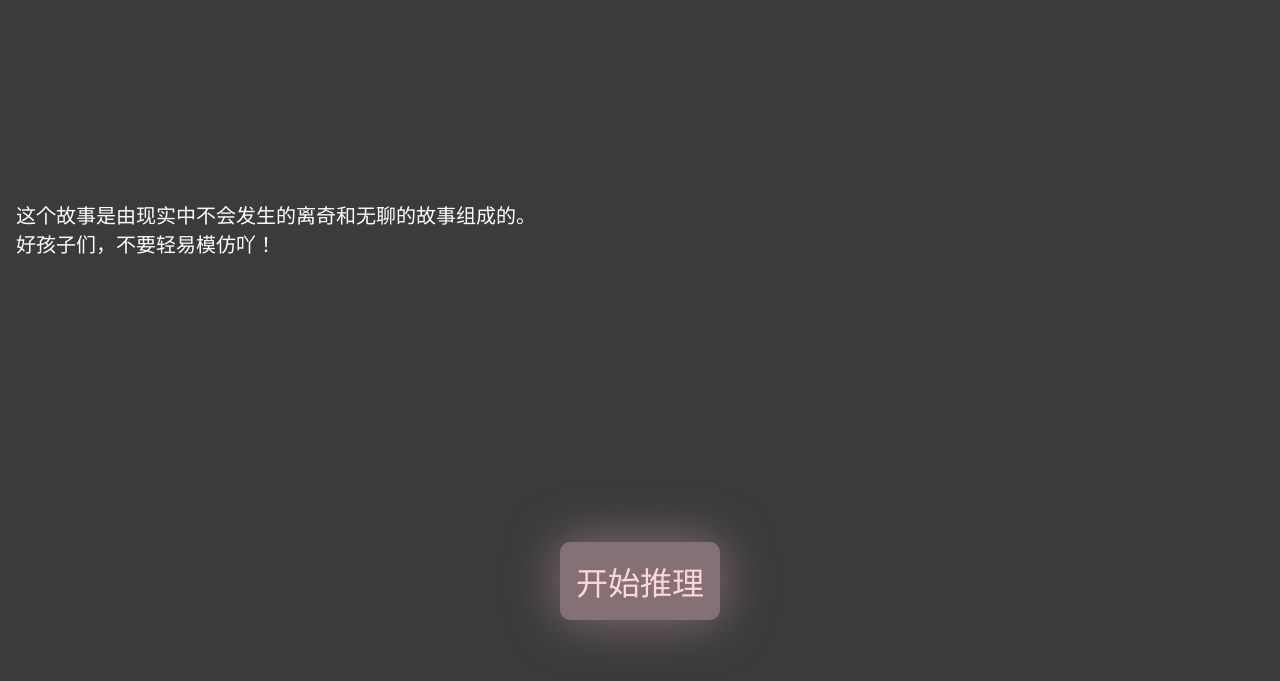
Repository: Jofali/reasoning-genius
Page: /
The author's editor kept a copy of each file at every save. The page is drawn from the files as they stood at one save, then again after the next save.
The browser window is 1280 px wide. The pictures show the whole page.
The project was rebuilt for these pictures with package versions that can differ from the ones it lists, and the page was loaded fresh each time. Also part of the build but not shown: src/part1/part1.css, src/part1/part1.js, src/part2/part2.css, src/part2/part2.js, src/title/title.css, src/title/title.js, src/inventory/inventory.css, src/inventory/inventory.js and 2 more.

Above is the page before, as saved 2019-05-23 16:03:37.

### public/index.html
<!DOCTYPE html>
<html lang="en">
  <head>
    <meta charset="utf-8" />
    <link rel="shortcut icon" href="%PUBLIC_URL%/favicon.ico" />
    <meta name="viewport" content="width=device-width, initial-scale=1" />
    <meta name="theme-color" content="#000000" />
    <!--
      manifest.json provides metadata used when your web app is installed on a
      user's mobile device or desktop. See https://developers.google.com/web/fundamentals/web-app-manifest/
    -->
    <link rel="manifest" href="%PUBLIC_URL%/manifest.json" />
    <!--
      Notice the use of %PUBLIC_URL% in the tags above.
      It will be replaced with the URL of the `public` folder during the build.
      Only files inside the `public` folder can be referenced from the HTML.

      Unlike "/favicon.ico" or "favicon.ico", "%PUBLIC_URL%/favicon.ico" will
      work correctly both with client-side routing and a non-root public URL.
      Learn how to configure a non-root public URL by running `npm run build`.
    -->
    <title>Reasoning Genius</title>
  </head>
  <body>
    <noscript>You need to enable JavaScript to run this app.</noscript>
    <div id="root"></div>
    <!--
      This HTML file is a template.
      If you open it directly in the browser, you will see an empty page.

      You can add webfonts, meta tags, or analytics to this file.
      The build step will place the bundled scripts into the <body> tag.

      To begin the development, run `npm start` or `yarn start`.
      To create a production bundle, use `npm run build` or `yarn build`.
    -->
  </body>
</html>

### src/index.css
body {
  margin: 0;
  font-family: -apple-system, BlinkMacSystemFont, "Segoe UI", "Roboto", "Oxygen",
    "Ubuntu", "Cantarell", "Fira Sans", "Droid Sans", "Helvetica Neue",
    sans-serif;
  -webkit-font-smoothing: antialiased;
  -moz-osx-font-smoothing: grayscale;
}

code {
  font-family: source-code-pro, Menlo, Monaco, Consolas, "Courier New",
    monospace;
}

#root {
  height: 100%;
}

*{
  padding: 0;
  margin: 0;
}

html,body {
  height: 100%;
}

.sw-enter {
  opacity: 0;
}
.sw-enter-active {
  opacity: 1;
  transform: translateX(0);
  transition: opacity 300ms, transform 300ms;
}
.sw-exit {
  opacity: 1;
}
.sw-exit-active {
  opacity: 0;
  transition: opacity 300ms, transform 300ms;
}

### src/App.js
import React, { Component } from 'react';
import { CSSTransition } from 'react-transition-group';

import Partwrap from './partwrap/partwrap';
import Begin from './begin/begin';

import './App.css';

class App extends Component {
  constructor(props) {
    super(props);
    this.state = {
      content: <Begin />,
      maxPartNum: 1,
      showPart: true,
      btnClass: "btn-game btn-game-begin-status",
      btnContent: "开始推理"
    };
    this.stepTo = this.stepTo.bind(this);
  }

  partNum = 0;
  timer = null;
  stepTo() {
    if(this.partNum === this.state.maxPartNum) {
      this.partNum = 0;
    } else {
      this.partNum += 1;
    }

    this.setshow(false);
    if(this.timer !== null) {
      clearTimeout(this.timer);
    }
    this.timer = setTimeout( () => {
      switch(this.partNum)
      {
        case 0:
          this.setState({ content: <Begin />, btnClass: "btn-game btn-game-begin-status", btnContent: "开始推理" })
          break;
        case 1:
          this.setState({ content: <Partwrap />, btnClass: "btn-game btn-game-end-status", btnContent: "退出" })
          break;
        default:
          this.setState({ content: <Begin />, btnClass: "btn-game btn-game-begin-status", btnContent: "开始推理" })
      }
      this.setshow(true);
    }, 300);

  }

  setshow(bool) {
    this.setState({ showPart: bool })
  }

  componentDidMount() {

  }

  render() {
    return (
        <div className="App">
          <CSSTransition
              in={this.state.showPart}
              timeout={300}
              classNames="sw"
              unmountOnExit
            >
              <div className="App-wrap">
              { this.state.content }
              <button className={this.state.btnClass} onClick={this.stepTo}>{this.state.btnContent}</button>
              </div>
          </CSSTransition>

        </div>
    );
  }
}

export default App;

### src/begin/begin.js
import React from 'react';

import './begin.css';
import play from '../play';
function Title() {
  return (
      <div className="begin">
        <div className="begin-content-wrap">
          <p>{ play.begin[0] }</p>
          <p>{ play.begin[1] }</p>
        </div>
      </div>
  );
}

export default Title;

### src/App.css
.App {
  width: 100%;
  height: 100%;
  background: rgb(253,214,222);
  position: relative;
}

.App-wrap {
  width: 100%;
  height: 100%;
}

.btn-game-begin-status {
  bottom: 100px;
  left: 50%;
  background: rgb(133, 113, 117);
  padding: 1rem;
  font-size: 2rem;
  transform: translateX(-50%);
  color: rgb(253,214,222);
  border-radius: 10px;
  box-shadow: 0px 0px 50px rgb(133, 113, 117);
}

.btn-game-end-status {
  top: 10px;
  right: 5px;
  background: rgb(133, 113, 117);
  padding: .4rem;
  font-size: .75rem;
  transform: translateX(-50%);
  color: rgb(253,214,222);
  border-radius: 10px;
  box-shadow: 0px 0px 50px rgb(133, 113, 117);
}

.btn-game {
  position:absolute;
  border: none;
  outline: 0ch;
  z-index: 11;
}

.btn-game:focus{
  border: none;
}

### src/begin/begin.css
.begin {
  width: 100%;
  height: 100%;
  background: rgb(59, 59, 59);
  color: #fff;
}

.begin-content-wrap {
  width: 100%;
  box-sizing: border-box;
  height: 200px;
  position: relative;
  top: 200px;
  padding: 0 1rem;
  font-size: 1.25rem;
}

### src/play.js
const play = {
  "begin": ["这个故事是由现实中不会发生的离奇和无聊的故事组成的。", "好孩子们，不要轻易模仿吖！"],
  "part1": {
    "one": ["侦探: 这就是案发现场吗?",
          "侦探: 被害人丢了什么吗？",
          "助理: 丢了几个值钱物品，还有内裤",
          "侦探: 原来如此。。我认为犯人拿值钱的物品只是障眼法，真正的目的其实是内裤。嫌疑人带来了吗？",
          "助理: 带来了！我找到了在附近走来走去的可疑男子，以及可能偷走内裤的被害女性的熟人们。",
          "侦探: 原来如此，不亏是我的助手，接下来只要找到证据让犯人暴露，案件就解决了！",
          "助理：是的！"]
  },
  "part2": {},
  "end": {
    "f": ["就这样，可怜的头戴内裤的男人因为冤罪被警察带走了。", "Game over."],
    "t": ["就这样，真凶被警察带走了。", "Clear."]
  }
}

export default play;

Loaded but not shown: src/index.js (common file); src/serviceWorker.js (common file)

After the next save:
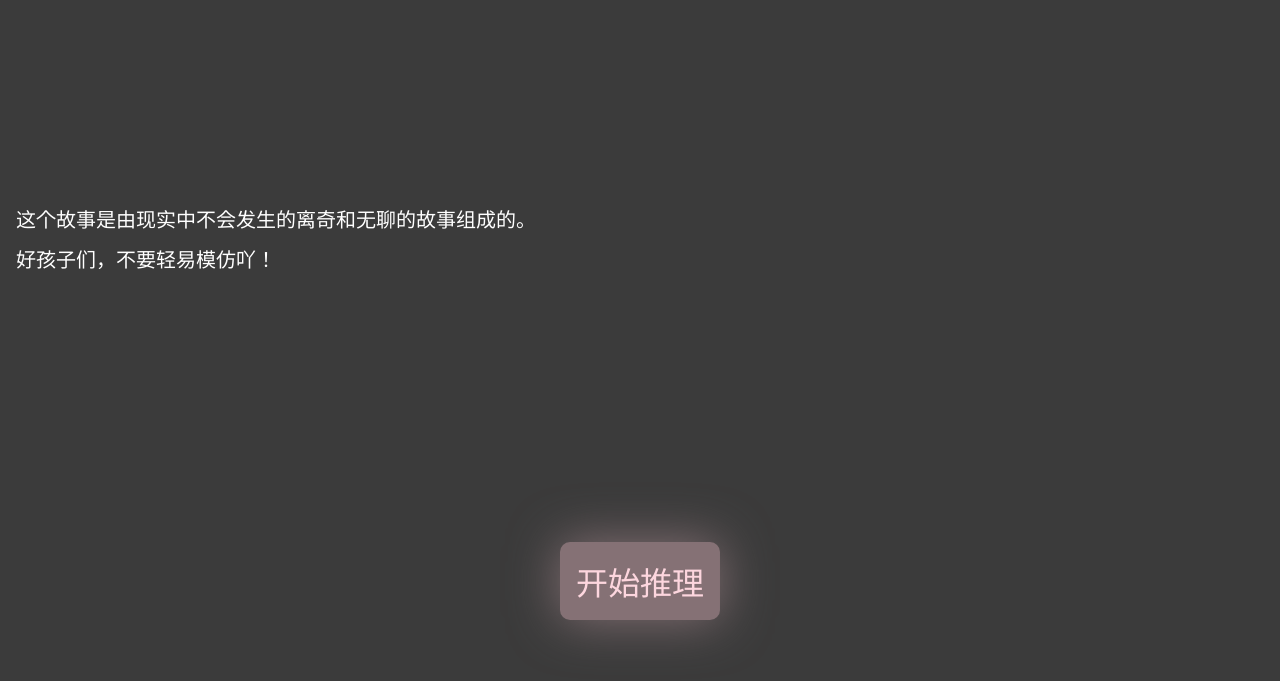
Saved 12 s later.
--- a/src/begin/begin.css
+++ b/src/begin/begin.css
@@ -13,4 +13,5 @@
   top: 200px;
   padding: 0 1rem;
   font-size: 1.25rem;
+  line-height: 2;
 }
